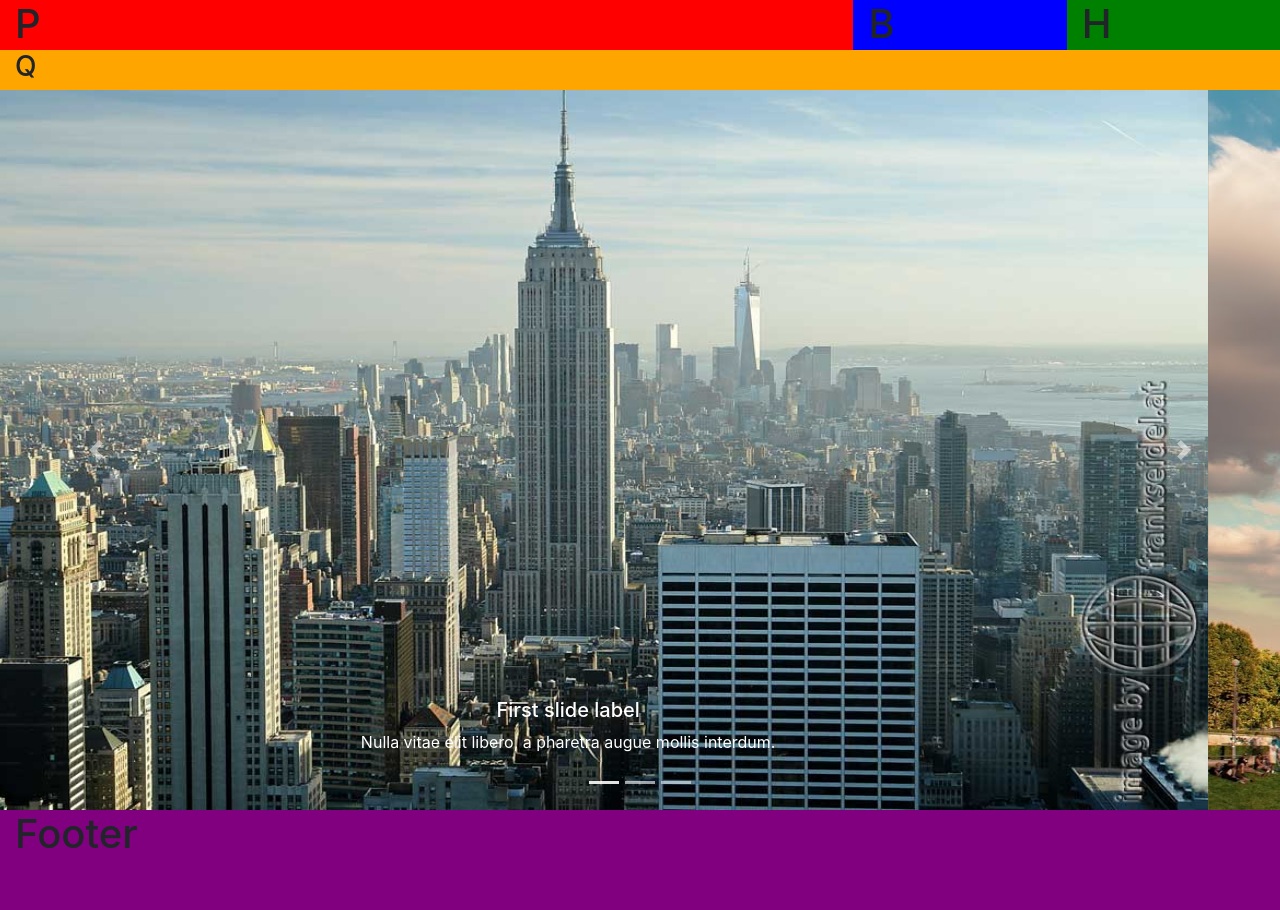
Repository: Brad000/PlanAway-Project
Page: index.html
The author's editor kept a record of every edit. The page is drawn from the files as they stood at one moment, then again after the next edit.
The browser window is 1280 px wide. The pictures show the whole page.
Some web libraries are served in a nearby version.

Above is the page before.

After the next edit:
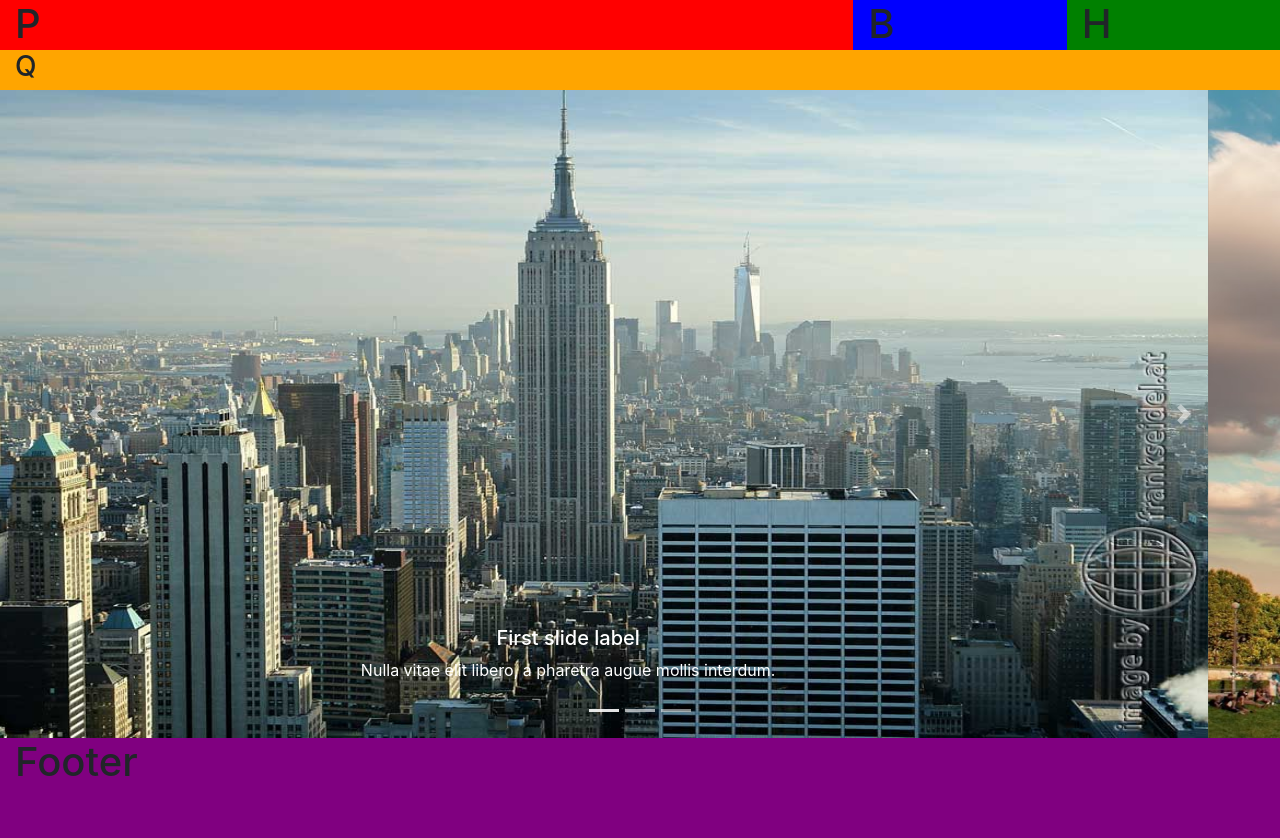
The edit:
--- a/assets/css/style.css
+++ b/assets/css/style.css
@@ -33,5 +33,5 @@
 }
 
 img {
-    height: 100vh;
+    height: 90vh;
 }
